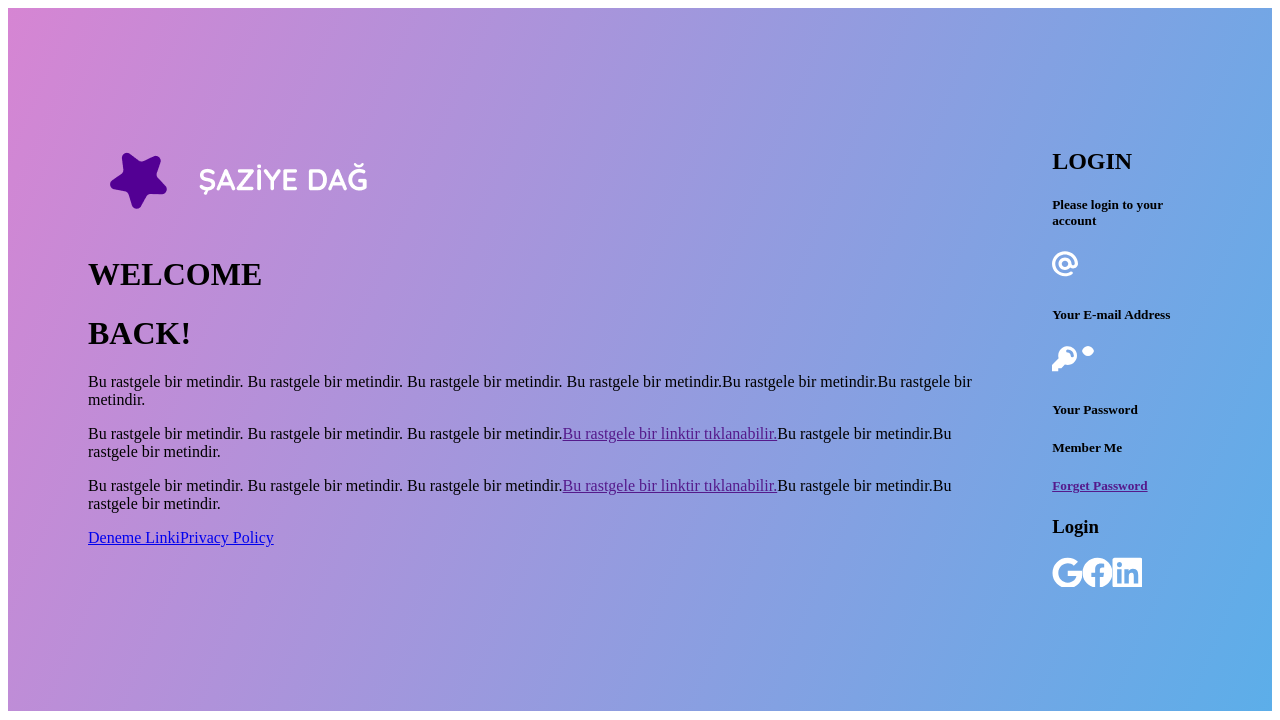
Repository: szydag/login
Page: /
The author's editor kept a copy of each file at every save. The page is drawn from the files as they stood at one save, then again after the next save.
The browser window is 1280 px wide. The pictures show the whole page.
The project was rebuilt for these pictures with package versions that can differ from the ones it lists, and the page was loaded fresh each time. Also part of the build but not shown: src/assets/svgr/unhiddenIcon/index.js.

Above is the page before, as saved 2023-10-22 19:47:18.

### src/index.js
import React from 'react';
import ReactDOM from 'react-dom/client';
import App from './app/index';
import {
    BrowserRouter
} from "react-router-dom";

const root = ReactDOM.createRoot(document.getElementById('root'));
root.render(
    <BrowserRouter>
        <App />
    </BrowserRouter>
);

### src/app/index.js
import LoginPage from "./pages/login";
import useStyles from "./style";

const App = () => {
    useStyles();
    return <div>
        <LoginPage />
    </div>

};

export default App;

### src/app/pages/login/index.js
import React, { useEffect } from 'react'
import useStyles from './style';
import logo from './../../../assets/logo.png'
import MailIcon from './../../../assets/svgr/mailIcon/index.js'
import PasswordIcon from './../../../assets/svgr/passwordIcon/index.js'
import HiddenIcon from './../../../assets/svgr/hiddenIcon/index.js'
import UnhiddenIcon from './../../../assets/svgr/unhiddenIcon/index.js'
import GoogleIcon from './../../../assets/svgr/googleIcon/index.js'
import FacebookIcon from './../../../assets/svgr/facebookIcon/index.js'
import LinkedInIcon from './../../../assets/svgr/linkedInIcon/index.js'
const LoginPage = () => {

    const classes = useStyles();
    return <div
        className={classes.loginPage}
    >
        <div
            className={classes.promotionTexts}
        >
            <div
                className={classes.logo}
            >
                <img
                    src={logo}
                    alt=""
                />
            </div>
            <div
                className={classes.mainContent}
            >
                <div
                    className={classes.title}
                >
                    <h1>WELCOME</h1>
                    <h1>BACK!</h1>
                </div>
                <div
                    className={classes.contentText}
                >
                    <p>
                        Bu rastgele bir metindir. Bu rastgele bir metindir. Bu rastgele bir metindir. Bu rastgele bir metindir.Bu rastgele bir metindir.Bu rastgele bir metindir.
                    </p>
                    <p>
                        Bu rastgele bir metindir. Bu rastgele bir metindir. Bu rastgele bir metindir.
                        <a
                            href=""
                        >
                            Bu rastgele bir linktir tıklanabilir.
                        </a>
                        Bu rastgele bir metindir.Bu rastgele bir metindir.
                    </p>
                    <p>
                        Bu rastgele bir metindir. Bu rastgele bir metindir. Bu rastgele bir metindir.
                        <a
                            href=""
                        >
                            Bu rastgele bir linktir tıklanabilir.
                        </a>
                        Bu rastgele bir metindir.Bu rastgele bir metindir.
                    </p>
                </div>
                <div
                    className={classes.links}
                >
                    <a
                        href="

                    ">
                        Deneme Linki
                    </a>
                    <a
                        href="

                    ">
                        Privacy Policy
                    </a>
                </div>

            </div>
        </div>
        <div
            className={classes.loginArea}
        >
            <div
                className={classes.header}
            >
                <h2>LOGIN</h2>
                <h5>Please login to your account</h5>
            </div>
            <div
                className={classes.container}
            >
                <div
                    className={classes.loginMainContent}
                >
                    <div
                        className={classes.inputArea}
                    >
                        <div
                            className={classes.mailInput}
                        >
                            <div
                                className={classes.content}
                            >
                                <MailIcon
                                    color='#ffffff'
                                    size={30}
                                ></MailIcon>

                            </div>
                            <div
                                className={classes.inputTitle}
                            >
                                <h5>Your E-mail  Address</h5>
                            </div>
                        </div>
                        <div
                            className={classes.passwordInput}
                        >
                            <div
                                className={classes.content}
                            >
                                <PasswordIcon
                                    color='#ffffff'
                                    size={30}
                                >
                                </PasswordIcon>
                                <HiddenIcon
                                    color='#ffffff'
                                    size={30}
                                >

                                </HiddenIcon>
                            </div>
                            <div
                                className={classes.inputTitle}
                            >
                                <h5>Your Password</h5>
                            </div>

                        </div>
                    </div>
                    <div
                        className={classes.passwordSettingsArea}
                    >
                        <div
                            className={classes.memberMeArea}
                        >
                            <h5>Member Me</h5>
                        </div>
                        <h5>
                            <a href="">
                                Forget Password
                            </a>
                        </h5>
                    </div>
                </div>
                <div
                    className={classes.loginButton}
                >
                    <h3>Login</h3>
                </div>
            </div>
            <div
                className={classes.accountSettings}
            >
                <div
                    className={classes.accountSettingsTitle}
                >

                </div>
                <div
                    className={classes.socialMediaIcons}
                >
                    <GoogleIcon
                        color='#ffffff'
                        size={30}
                    >
                    </GoogleIcon>
                    <FacebookIcon
                        color='#ffffff'
                        size={30}
                    >
                    </FacebookIcon>
                    <LinkedInIcon
                        color='#ffffff'
                        size={30}
                    >
                    </LinkedInIcon>
                </div>
                <div
                    className={classes.newAccountArea}
                >

                </div>
            </div>
        </div>
    </div>
}

export default LoginPage;

### src/app/style.js
import { createUseStyles } from "react-jss";

const useStyles = createUseStyles({
    loginPage: {
    },
})
export default useStyles;

### src/app/pages/login/style.js

import { createUseStyles } from "react-jss";

const useStyles = createUseStyles({
    loginPage: {
        display: 'flex',
        padding: '120px 80px',
        alignItems: 'flex-start',
        gap: '80px',
        background: 'linear-gradient(113deg, #B9A675 0%, #D685D3 0%, #5CAEE9 100%)',
    },
    promotionTexts: {
    },
    logo: {
    },
    mainContent: {
    },
    title: {
    },
    contentText: {
    },
    links: {
    },
    loginArea: {
    },
    header: {
    },
    container: {
    },
    loginMainContent: {
    },
    inputArea: {
    },
    mailInput: {
    },
    content: {
    },
    inputTitle: {
    },
    passwordInput: {
    },
    content: {
    },
    passwordSettingsArea: {
    },
    memberMeArea: {
    },
    loginButton: {
    },
    accountSettings: {
    },
    accountSettingsTitle: {
    },
    socialMediaIcons: {
    },
    newAccountArea: {
    },
})
export default useStyles;

### src/assets/svgr/mailIcon/index.js
import * as React from "react"
const MailIcon = ({
    color = "#ffffff",
    size = 30,
    ...props
}) => {
    const pathScale = 30 / size;
    return <svg
        xmlns="http://www.w3.org/2000/svg"
        width={size}
        height={size}
        fill="none"
        {...props}
    >
        <path
            fill={color}
            transform={`scale(${1 / 1})`}
            d="M19.894 6.125c-3.807-3.661-9.98-3.661-13.788 0s-3.808 9.597 0 13.258c3.31 3.183 8.41 3.6 12.187 1.248.753-.47 1.759-.263 2.247.461.488.725.273 1.692-.48 2.161-5.038 3.138-11.837 2.586-16.252-1.66-5.077-4.881-5.077-12.796 0-17.678 5.076-4.881 13.308-4.881 18.384 0C24.73 6.355 26 9.558 26 12.755c0 2.588-2.183 4.687-4.875 4.687a4.982 4.982 0 0 1-2.925-.937c-1.186 1.517-3.074 2.5-5.2 2.5-3.59 0-6.5-2.799-6.5-6.25 0-3.453 2.91-6.25 6.5-6.25s6.5 2.797 6.5 6.25c0 .862.727 1.562 1.625 1.562s1.625-.7 1.625-1.563c0-2.402-.952-4.798-2.856-6.629Zm-3.644 6.63c0-1.727-1.455-3.126-3.25-3.126s-3.25 1.4-3.25 3.125c0 1.726 1.455 3.125 3.25 3.125s3.25-1.399 3.25-3.125Z"
        />
    </svg>
}
export default MailIcon

### src/assets/svgr/passwordIcon/index.js
import * as React from "react"
const PasswordIcon = ({
    color = "#ffffff",
    size = 30,
    ...props
}) => {
    const pathScale = 30 / size;
    return <svg
        xmlns="http://www.w3.org/2000/svg"
        width={size}
        height={size}
        fill="none"
        {...props}
    >
        <path
            fill={color}
            transform={`scale(${1 / 1})`}
            d="M25 9.63a9.375 9.375 0 0 1-12.098 8.972L9.375 22.13H6.25v3.125H0v-6.25l6.652-6.652A9.375 9.375 0 1 1 25 9.63Zm-9.375-6.25a1.563 1.563 0 0 0 0 3.124c1.726 0 3.125 1.4 3.125 3.125a1.563 1.563 0 0 0 3.125 0 6.25 6.25 0 0 0-6.25-6.25Z"
        />
    </svg>
}
export default PasswordIcon

### src/assets/svgr/hiddenIcon/index.js
import * as React from "react"
const HiddenIcon = ({
    color = "#ffffff",
    size = 30,
    ...props
}) => {
    const pathScale = 30 / size;
    return <svg
        xmlns="http://www.w3.org/2000/svg"
        width={size}
        height={size}
        fill="none"
        {...props}
    >
        <path
            fill={color}
            transform={`scale(${1 / 1})`}
            d="M0 5.03C.801 2.115 3.185 0 6 0s5.199 2.115 6 5.03c-.801 2.915-3.185 5.03-6 5.03S.801 7.945 0 5.03Zm8.515 0C8.515 6.617 7.39 7.904 6 7.904c-1.39 0-2.515-1.287-2.515-2.874C3.485 3.443 4.61 2.156 6 2.156c1.39 0 2.515 1.287 2.515 2.874Z"
        />
    </svg>
}
export default HiddenIcon

### src/assets/svgr/googleIcon/index.js
import * as React from "react"
const GoogleIcon = ({
    color = "#ffffff",
    size = 30,
    ...props
}) => {
    const pathScale = 30 / size;
    return <svg
        xmlns="http://www.w3.org/2000/svg"
        width={size}
        height={size}
        fill="none"
        {...props}
    >
        <path
            fill={color}
            transform={`scale(${1 / 1})`}
            d="M30.5 16.357c0 8.698-5.957 14.889-14.754 14.889A15.228 15.228 0 0 1 .5 16 15.228 15.228 0 0 1 15.746.754c4.106 0 7.561 1.506 10.223 3.99l-4.15 3.99C16.392 3.496 6.298 7.43 6.298 16c0 5.318 4.248 9.627 9.449 9.627 6.037 0 8.3-4.328 8.656-6.572h-8.656v-5.243H30.26c.142.78.24 1.53.24 2.545Z"
        />
    </svg>
}
export default GoogleIcon

### src/assets/svgr/facebookIcon/index.js
import * as React from "react"
const FacebookIcon = ({
    color = "#ffffff",
    size = 30,
    ...props
}) => {
    const pathScale = 30 / size;
    return <svg
        xmlns="http://www.w3.org/2000/svg"
        width={size}
        height={size}
        fill="none"
        {...props}
    >
        <path
            fill={color}
            transform={`scale(${1 / 1})`}
            d="M30.5 15.754c0-8.286-6.714-15-15-15s-15 6.714-15 15c0 7.487 5.485 13.692 12.656 14.819V20.09h-3.81v-4.336h3.81V12.45c0-3.759 2.238-5.835 5.666-5.835 1.641 0 3.358.293 3.358.293v3.689h-1.892c-1.863 0-2.444 1.156-2.444 2.343v2.815h4.16l-.666 4.336h-3.494v10.483C25.014 29.446 30.5 23.24 30.5 15.754Z"
        />
    </svg>
}
export default FacebookIcon

### src/assets/svgr/linkedInIcon/index.js
import * as React from "react"
const LinkedInIcon = ({
    color = "#ffffff",
    size = 30,
    ...props
}) => {
    const pathScale = 30 / size;
    return <svg
        xmlns="http://www.w3.org/2000/svg"
        width={size}
        height={size}
        fill="none"
        {...props}
    >
        <path
            fill={color}
            transform={`scale(${1 / 1})`}
            d="M28.357.754H2.637C1.456.754.5 1.725.5 2.917v25.674c0 1.192.958 2.163 2.136 2.163h25.721c1.179 0 2.143-.97 2.143-2.163V2.917c0-1.192-.964-2.163-2.143-2.163ZM9.567 26.468H5.121V12.151h4.453v14.317h-.007ZM7.344 10.196a2.58 2.58 0 0 1 0-5.156 2.584 2.584 0 0 1 2.578 2.578 2.575 2.575 0 0 1-2.578 2.578Zm18.89 16.272h-4.446v-6.964c0-1.66-.034-3.797-2.31-3.797-2.317 0-2.672 1.808-2.672 3.677v7.084h-4.447V12.151h4.266v1.956h.06c.596-1.125 2.05-2.31 4.212-2.31 4.5 0 5.337 2.966 5.337 6.823v7.848Z"
        />
    </svg>
}
export default LinkedInIcon

Loaded but not shown: public/index.html (common file)

After the next save:
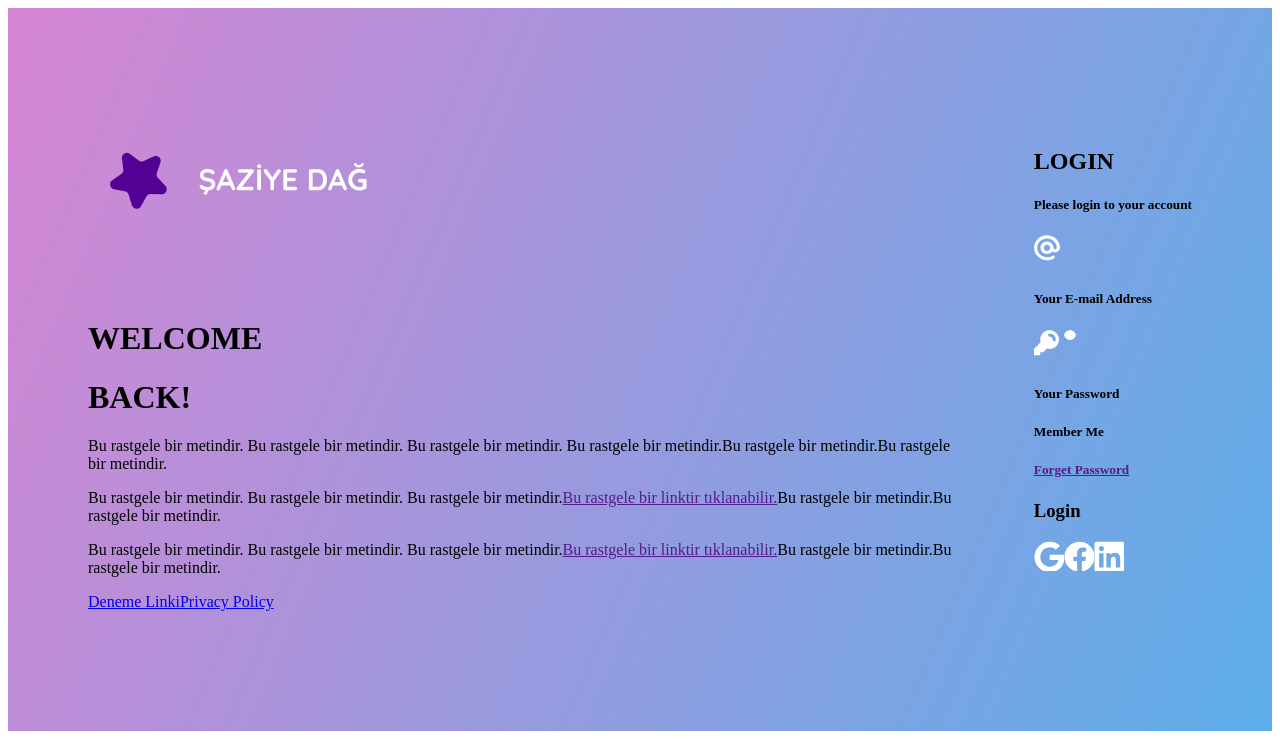
Saved 114 s later.
--- a/src/app/pages/login/style.js
+++ b/src/app/pages/login/style.js
@@ -10,6 +10,12 @@ const useStyles = createUseStyles({
         background: 'linear-gradient(113deg, #B9A675 0%, #D685D3 0%, #5CAEE9 100%)',
     },
     promotionTexts: {
+        display: 'flex',
+        flexDirection: 'column',
+        alignItems: 'flex-start',
+        gap: '64px',
+        flex: '1 0 0',
+        alignSelf: 'stretch',
     },
     logo: {
     },
